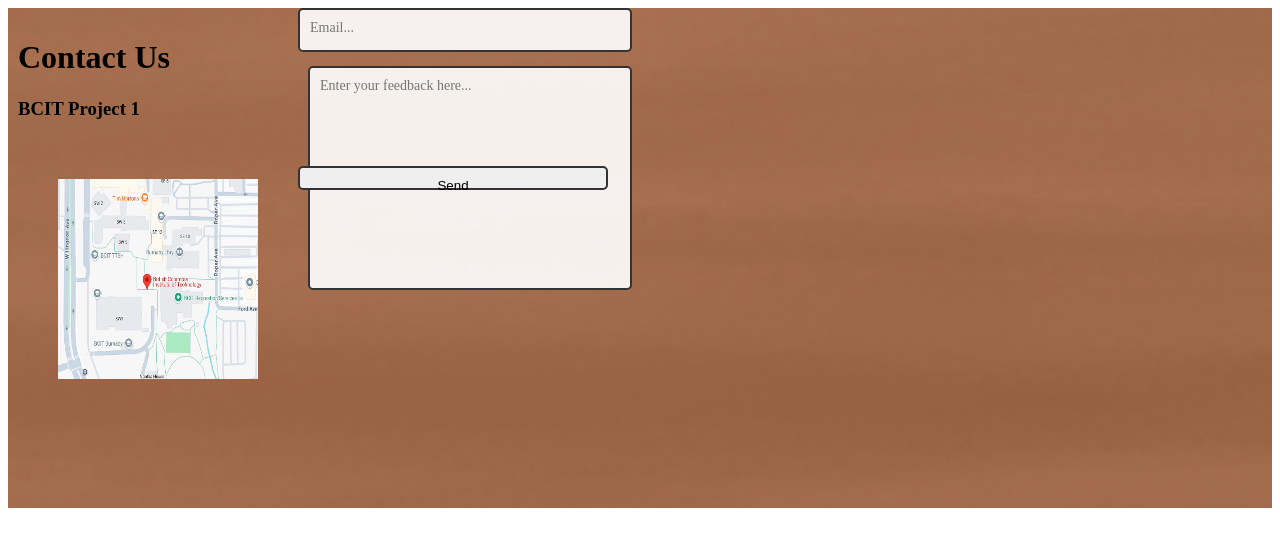
Repository: AlyssaHug/Bandit-Breakout
Page: index.html
An editor plug-in stored every save of this project. The page is shown before and after the next save, followed by the edit.
The browser window is 1280 px wide. The pictures show the whole page.
Some web fonts or font styles are not loaded; a fallback is used.

Above is the page before, as saved 2025-05-06 23:09:04.

### index.html
<!DOCTYPE html>
<html lang="en">
    <head>
        <meta charset="UTF-8" />
        <meta
            name="viewport"
            content="width=device-width, initial-scale=1.0" />
        <link
            rel="stylesheet"
            href="styles.css" />
        <title>Bandit Breakout</title>
    </head>
    <body>
        <header></header>
        <main>
            <div class="download-now"></div>
            <div class="Contact-us-apps"></div>
        </main>
        <footer>
            <div class="Contact-us">
                <h1>Contact Us</h1>
                <h3>BCIT Project 1</h3>
                <img
                    class="bcit-map"
                    src="img/BCIT.png"
                    alt="BCIT Map" />
            </div>
            <section class="feedback-section">
                <div class="feedback-email">
                    <textarea
                        class="email-text"
                        placeholder="Email..."></textarea>
                </div>
                <div class="feedback">
                    <textarea
                        class="feedback-text"
                        placeholder="Enter your feedback here..."
                        rows="5"
                        cols="40"></textarea>
                </div>
                <button
                    class="feedback-button"
                    type="submit">
                    Send
                </button>
            </section>
        </footer>
    </body>
</html>

### styles.css
@import url("https://fonts.googleapis.com/css2?family=Wellfleet&display=swap");

@font-face {
    font-family: "Western Bang Bang";
    src: url("fonts/WesternBangBang.ttf") format("truetype");
    font-weight: normal;
    font-style: normal;
}

:root {
    /* Font Families */
    --font-western: "Western Bang Bang", sans-serif;
    --font-wellfleet: "Wellfleet", serif;

    /* Font Sizes */
    --font-size-h1: 48px;
    --font-size-h2: 36px;
    --font-size-h3: 32px;
    --font-size-h4: 24px;
    --font-size-body: 14px;
    --font-size-caption: 11px;
}
.bcit-map {
    width: 200px;
    height: 200px;
    padding: 40px;
}
.Contact-us {
    padding: 10px 0 0 10px;
}
footer {
    background-image: url("img/board.png");
    background-size: 200% auto;
    background-repeat: no-repeat;
    background-position: center;
    min-height: 500px;
    height: 500px;
    width: 100%;
    margin: 0;
    padding: 0;
    display: flex;
}
.feedback {
    padding: 10px 0 0 10px;
    width: 300px;
    height: 100px;
}

.feedback-text {
    width: 100%;
    height: 200px;
    padding: 10px;
    border: 2px solid #333;
    border-radius: 5px;
    font-family: var(--font-wellfleet);
    font-size: var(--font-size-body);
    resize: none;
    background-color: rgba(255, 255, 255, 0.9);
}
.email-text {
    width: 100%;
    height: 20px;
    padding: 10px;
    border: 2px solid #333;
    border-radius: 5px;
    font-family: var(--font-wellfleet);
    font-size: var(--font-size-body);
    resize: none;
    background-color: rgba(255, 255, 255, 0.9);
}
.feedback-button {
    width: 100%;
    height: 20px;
    padding: 10px;
    border: 2px solid #333;
    border-radius: 5px;
}

After the next save:
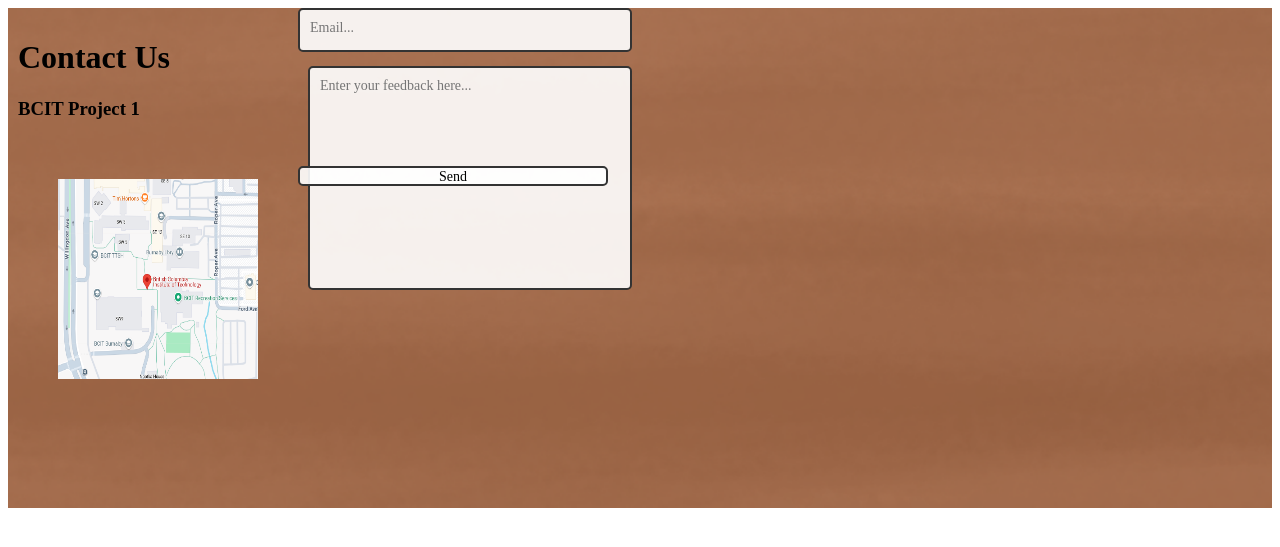
Saved 19 s later.
--- a/styles.css
+++ b/styles.css
@@ -71,7 +71,10 @@ footer {
 .feedback-button {
     width: 100%;
     height: 20px;
-    padding: 10px;
     border: 2px solid #333;
     border-radius: 5px;
+    font-family: var(--font-wellfleet);
+    font-size: var(--font-size-body);
+    resize: none;
+    background-color: rgba(255, 255, 255, 0.9);
 }
